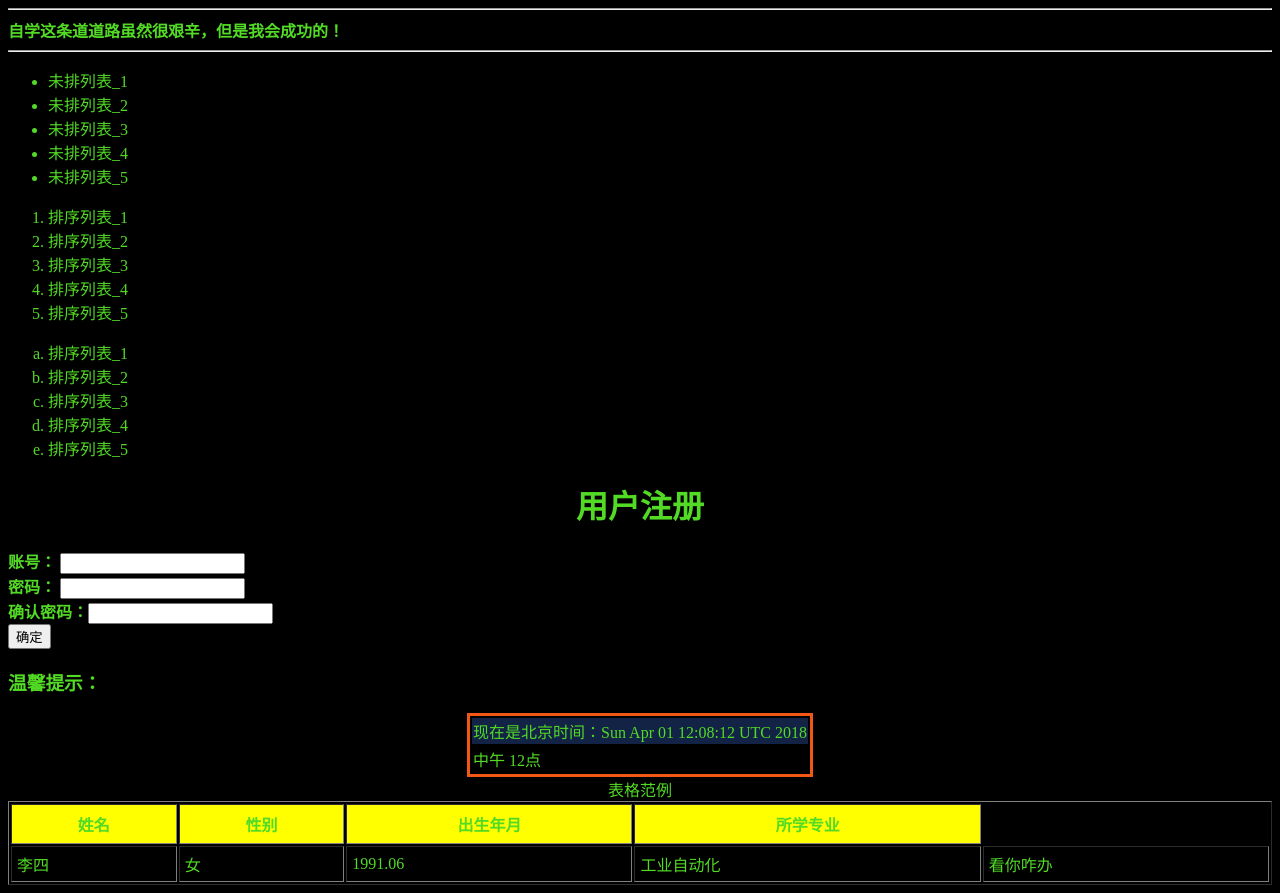
Repository: Coder-YJ/Java
Page: http://localhost/JspTest/test.jsp
The author's editor kept a copy of each file at every save. The page is drawn from the files as they stood at one save, then again after the next save.
The browser window is 1280 px wide. The pictures show the whole page.
The page is served by Tomcat 9.

Above is the page before, as saved 2018-04-01 12:59:06.

After the next save:
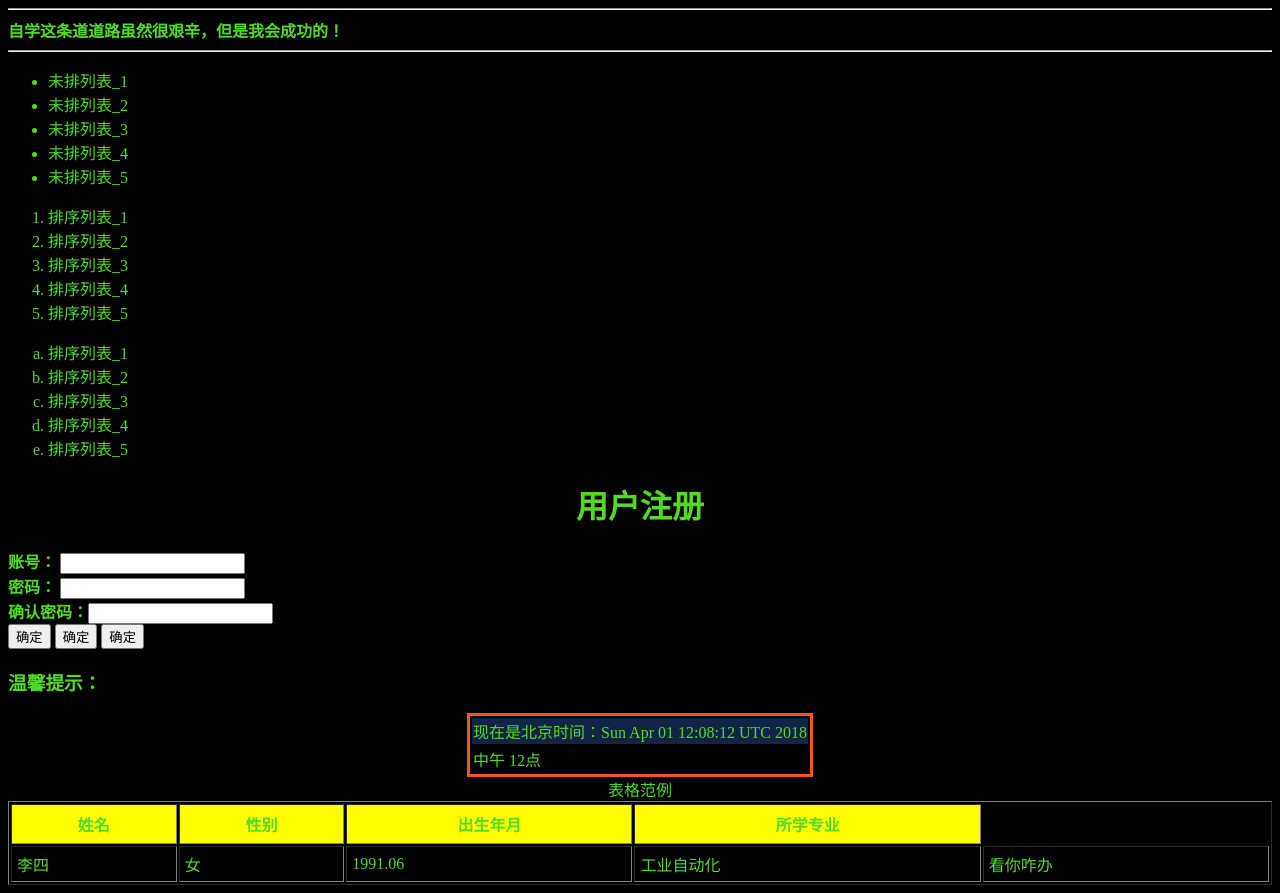
Saved 5 min 23 s later.
--- a/MyEclipse10/JspTest/WebRoot/test.jsp
+++ b/MyEclipse10/JspTest/WebRoot/test.jsp
@@ -39,6 +39,8 @@
 		<b>账号：  </b><input type="text" name="id"><br>
 		<b>密码：  </b><input type="password" name="password"><br>
 		<b>确认密码：</b><input type="password" name="checkPWD"><br>
+		<input type="submit" value="确定">
+		<input type="submit" value="确定">
 		<input type="submit" value="确定">
 	</form>
 	<table align="center" bordercolor="#F25815">
